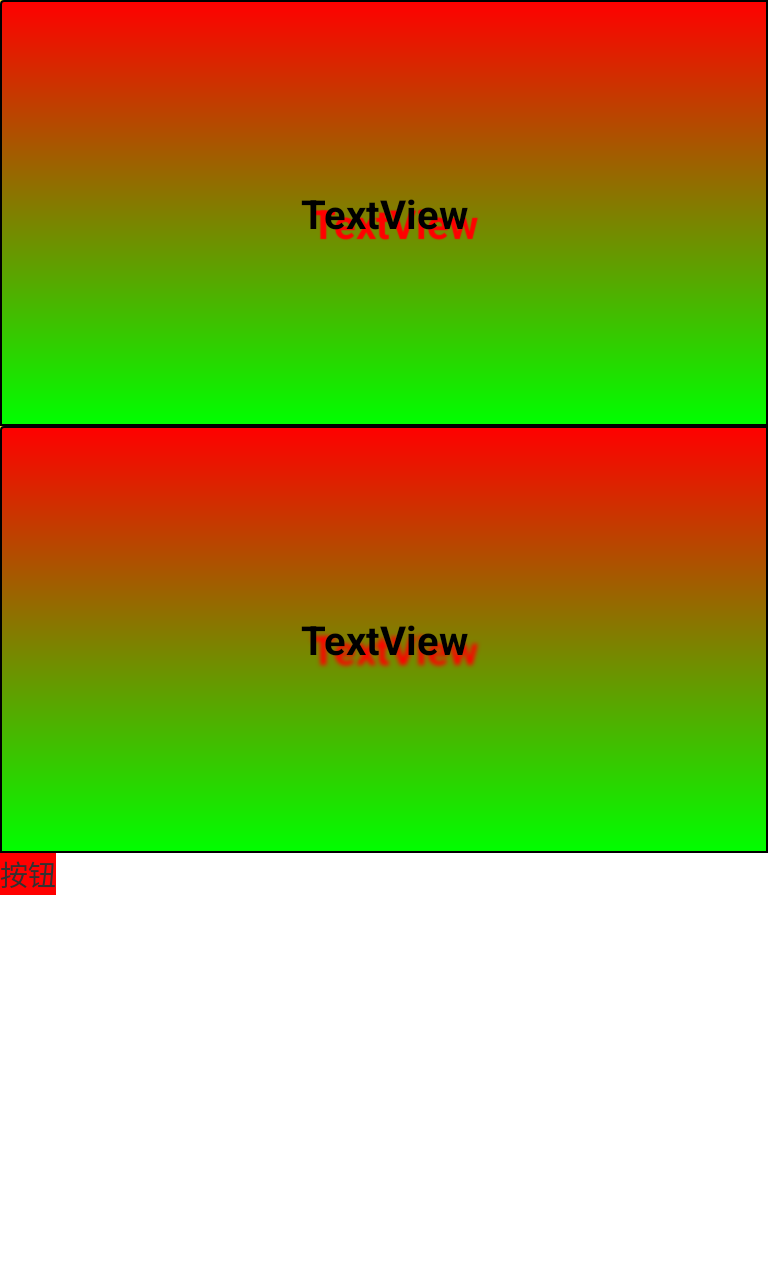
Repository: yhtaphp/yhtqgit
Layout: android/TextView/res/layout/activity_main.xml
The author's editor kept a copy of each file at every save. The layout is drawn from the files as they stood at one save, then again after the next save.
It is drawn on a 768 x 1280 px phone screen (xhdpi) without system bars, with theme AppTheme; the app's code is not run.

Above is the layout before, as saved 2016-09-11 13:43:11.

### android/TextView/res/layout/activity_main.xml
<LinearLayout xmlns:android="http://schemas.android.com/apk/res/android"
    xmlns:tools="http://schemas.android.com/tools"
    android:layout_width="match_parent"
    android:layout_height="match_parent"
    tools:context="${relativePackage}.${activityClass}"
    android:background="#ffdd33"
    android:orientation="vertical"
     >

    <TextView
        android:id="@+id/text1"
        android:layout_width="match_parent"
        android:layout_height="0dp"
        android:layout_weight="1"
        android:gravity="center"
        android:background="@drawable/teststyle"
        android:textColor="#000"
        android:shadowDx="10"
        android:shadowDy="10"
        android:shadowColor="#f00"
        android:shadowRadius="0.1"
        android:textStyle="bold"
        android:textSize="20sp"
        android:text="TextView" />
        <TextView
        android:layout_width="match_parent"
        android:layout_height="0dp"
        android:layout_weight="1"
        android:gravity="center"
        android:background="@drawable/teststyle"
        android:textColor="#000"
        android:shadowDx="10"
        android:shadowDy="10"
        android:shadowColor="#f00"
        android:shadowRadius="3.0"
        android:textStyle="bold"
        android:textSize="20sp"
        android:text="TextView" />
   <TableLayout
       android:layout_weight="1"
       android:layout_width="match_parent"
       android:layout_height="0dp"
       android:orientation="horizontal"
       android:background="#fff"
       >
       <TableRow >
           <TextView
               android:layout_width="wrap_content"
               android:layout_height="wrap_content"
               android:layout_gravity="bottom"
               android:background="#f00"
               android:text="按钮"/>
       </TableRow>
   </TableLayout>
</LinearLayout>

### android/TextView/res/drawable-ldpi/teststyle.xml
<?xml version="1.0" encoding="utf-8"?>
<shape xmlns:android="http://schemas.android.com/apk/res/android" >
    <!-- 设置一个边框 -->
    <stroke android:width="2px" android:color="#000"/>

    <gradient
        android:angle="270"
        android:startColor="#f00"
        android:endColor="#0f0"/>

    <!-- 设置内边距 -->
    <padding
        android:left="5px"
        android:right="5px"
        android:top="5px"
        android:bottom="5px"
        />
    <corners android:topLeftRadius="3px"/>

</shape>

Loaded but not shown: android/TextView/res/values/styles.xml (common file); android/TextView/res/values-v11/styles.xml (common file); android/TextView/res/values-v14/styles.xml (common file)

After the next save:
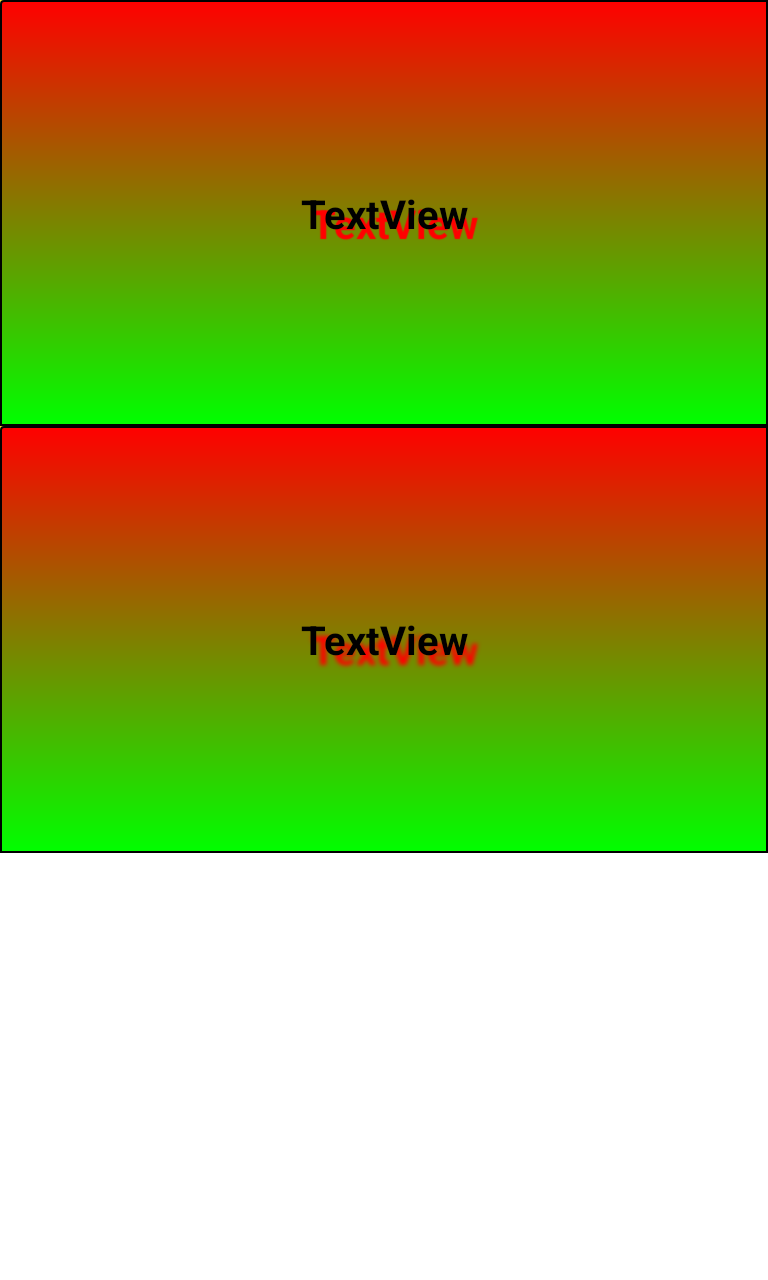
Saved 66 s later.
--- a/android/TextView/res/layout/activity_main.xml
+++ b/android/TextView/res/layout/activity_main.xml
@@ -36,7 +36,7 @@
         android:textStyle="bold"
         android:textSize="20sp"
         android:text="TextView" />
-   <TableLayout
+   <LinearLayout
        android:layout_weight="1"
        android:layout_width="match_parent"
        android:layout_height="0dp"
@@ -51,5 +51,5 @@
                android:background="#f00"
                android:text="按钮"/>
        </TableRow>
-   </TableLayout>
+   </LinearLayout>
 </LinearLayout>
